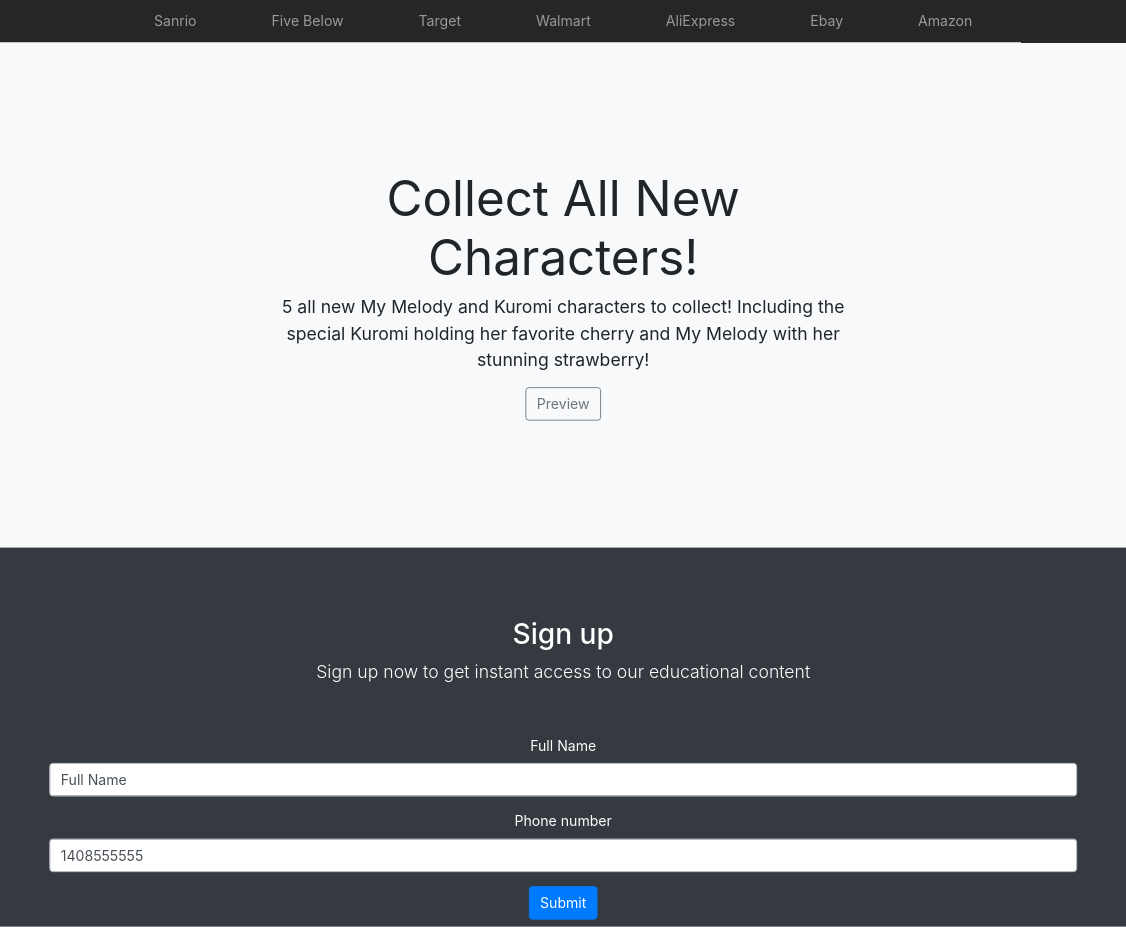
Repository: sflor132/Stephanie-Flores---Resume
Page: LearnCS8-Twilio/index.html
The author's editor kept a record of every edit. The page is drawn from the files as they stood at one moment, then again after the next edit.
The browser window is 1280 px wide. The pictures show the whole page, at 88% of full size.

Above is the page before.

### LearnCS8-Twilio/index.html
<!doctype html>
<html lang="en">
    <head>
<!-- Required meta tags -->
    <meta charset="utf-8">
    <meta name="viewport" content="width=device-width, initial-scale=1, shrink-to-fit=no">
    <meta name="description" content="New! Sanrio My Melody and Kuromi Blind Bag!">
    <meta name="author" content="862329234">

<!-- Bootstrap CSS -->
    <link rel="stylesheet" href="https://stackpath.bootstrapcdn.com/bootstrap/4.5.2/css/bootstrap.min.css" integrity="sha384-JcKb8q3iqJ61gNV9KGb8thSsNjpSL0n8PARn9HuZOnIxN0hoP+VmmDGMN5t9UJ0Z" crossorigin="anonymous">

<!-- Title of your Website -->
    <title>My Melody and Kuromi My Favorite Color Figurine Blind Bag</title>
    <link href="product.css" rel="stylesheet">
    </head>
    <body>
 <nav class="site-header sticky-top py-1">
<!-- Top Menu Bar -->
    <div class="container d-flex flex-column flex-md-row justify-content-between">
<a class="py-2 d-none d-md-inline-block" id="menu-item-1" href="https://www.sanrio.com/" target="_blank">Sanrio</a>
<a class="py-2 d-none d-md-inline-block" id="menu-item-2" href="https://www.fivebelow.com/" target="_blank">Five Below</a>
<a class="py-2 d-none d-md-inline-block" id="menu-item-3" href="https://www.target.com/?ref=tgt_adv_XS000000&AFID=google&fndsrc=tgtao&DFA=71700000012637812&CPNG=Other_Target%2BBrand%7CHoliday_Ecomm_Other&adgroup=Core+Branded+Keywords&LID=700000001170706&LNM=target&MT=e&network=g&device=c&location=9031443&targetid=kwd-19131461&gclid=CjwKCAiAlp2fBhBPEiwA2Q10D0sX5itESCcsBfUziYBOiLd9acwYX0if50r0qxtfLf_3lF_MkIZasBoClAMQAvD_BwE&gclsrc=aw.ds" target="_blank">Target</a>
<a class="py-2 d-none d-md-inline-block" id="menu-item-4" href="https://www.walmart.com/?&adid=22222222220220085369&wmlspartner=wmtlabs&wl0=e&wl1=g&wl2=c&wl3=521205638070&wl4=kwd-27665750&wl5=9031443&wl6=&wl7=&wl8=&veh=sem&gclid=CjwKCAiAlp2fBhBPEiwA2Q10D1OGuQeGEKfYCsI-Xs6Y7LBUVonzJCYbkOc5MuiOque-kUbt3iLhwxoCo7MQAvD_BwE&gclsrc=aw.ds" target="_blank">Walmart</a>
<a class="py-2 d-none d-md-inline-block" id="menu-item-5" href="https://best.aliexpress.com/?af=5bc719ad3d1c1&dp=5bc719ad3d1c1&aff_fcid=87ba963c94ab4a4a83ee74a260154144-1676171187331-09287-_AdZIyM&tt=CPS_NORMAL&aff_fsk=_AdZIyM&aff_platform=portals-promotion&sk=_AdZIyM&aff_trace_key=87ba963c94ab4a4a83ee74a260154144-1676171187331-09287-_AdZIyM&terminal_id=0928347fc537440f8bb4d05c69e2663e" target="_blank">AliExpress</a>
<a class="py-2 d-none d-md-inline-block" id="menu-item-6" href="https://www.ebay.com/">Ebay</a>
<a class="py-2 d-none d-md-inline-block" id="menu-item-7" href="https://www.amazon.com/?tag=amazusnavi-20&hvadid=381823287328&hvpos=&hvnetw=g&hvrand=10109593019199676378&hvpone=&hvptwo=&hvqmt=e&hvdev=c&hvdvcmdl=&hvlocint=&hvlocphy=9031443&hvtargid=kwd-141118230&ref=pd_sl_45vpgydmha_e&hydadcr=28883_11845442&gclid=CjwKCAiAlp2fBhBPEiwA2Q10D3d_UF0RQhgS1aEDYe2viCoxBem5WbXQs4TfQqaET11d3B3PomuZHBoCfXYQAvD_BwE" target="_blank">Amazon</a>
    </div>
</nav>
<!-- Main Header Section h1-->
<div class="position-relative overflow-hidden p-3 p-md-5 m-md-0 text-center bg-light">
    <div class="col-md-8 p-lg-5 mx-auto my-5">
<h1 class="display-4 font-weight-normal">Collect All New Characters!</h1>
<p class="lead font-weight-normal">5 all new My Melody and Kuromi characters to collect! Including the special Kuromi holding her favorite cherry and My Melody with her stunning strawberry! </p>
<a class="btn btn-outline-secondary" href="https://www.youtube.com/watch?v=onREP2cQKVI" target="_blank">Preview</a>
    </div>
</div>
</nav>
<!-- Left Tile -->
<div class="d-md-flex flex-md-equal w-100">
    <div class="bg-dark pt-3 px-3 pt-md-5 px-md-5 text-center text-white overflow-hidden">
<div class="my-3 py-3">
<h2 class="display-5">Sign up</h2>
<p class="lead">Sign up now to get instant access to our educational content</p>
</div>
<!-- Web form when submitted will send a text message -->
<form class="p-2" onsubmit="sendTextMessage(); return false;">
<!-- Full Name Form Field -->
<div class="form-group">
<label for="example-first-name">Full Name</label>
<input type="text" value="Full Name" class="form-control" id="example-first-name" aria-describedby="emailHelp">
</div>
<!-- Phone Number Form Field -->
<div class="form-group">
<label for="example-tel-input">Phone number</label>
<input type="tel" class="form-control" value="1408555555" id="example-tel-input">
</div>
<!-- JavaScript that handles onSubmit logic -->
<!-- Configure the XHR request below with your own credentials -->
<script>
function sendTextMessage() {
console.log("Hello world!");
var xhr = new XMLHttpRequest();
var accountSID = "ACd203ff2af3bbbc13a0eccb43abf7ff5b";
var authToken = "9cb9e856dc962dfc0cd405fcb20c6511";
var base64encoded = accountSID + ":" + authToken;
var params = "To=" + document.getElementById('example-tel-input').value + "&From=" + "18447711450" + "&Body=" + "Hello " + document.getElementById('example-first-name').value + "hi"
xhr.open("POST", "https://api.twilio.com/2010-04-01/Accounts/" + accountSID + "/Messages.json", true);
xhr.setRequestHeader('Content-Type', 'application/x-www-form-urlencoded');
 xhr.setRequestHeader('Authorization', 'Basic ' + btoa(base64encoded));
xhr.send(params);
}
    </script>
<!-- Submit button that will execute the sendTextMessage function -->
<button type="submit" class="btn btn-primary">Submit</button></form>
    </div>
    </body>
</html>

### LearnCS8-Twilio/product.css
.container {
  max-width: 960px;
}

/*
 * Custom translucent site header
 */

.site-header {
  background-color: rgba(0, 0, 0, .85);
  -webkit-backdrop-filter: saturate(180%) blur(20px);
  backdrop-filter: saturate(180%) blur(20px);
}
.site-header a {
  color: #999;
  transition: ease-in-out color .15s;
}
.site-header a:hover {
  color: #fff;
  text-decoration: none;
}

/*
 * Dummy devices (replace them with your own or something else entirely!)
 */

.product-device {
  position: absolute;
  right: 10%;
  bottom: -30%;
  width: 300px;
  height: 540px;
  background-color: #333;
  border-radius: 21px;
  -webkit-transform: rotate(30deg);
  transform: rotate(30deg);
}

.product-device::before {
  position: absolute;
  top: 10%;
  right: 10px;
  bottom: 10%;
  left: 10px;
  content: "";
  background-color: rgba(255, 255, 255, .1);
  border-radius: 5px;
}

.product-device-2 {
  top: -25%;
  right: auto;
  bottom: 0;
  left: 5%;
  background-color: #e5e5e5;
}


/*
 * Extra utilities
 */

.flex-equal > * {
  -ms-flex: 1;
  flex: 1;
}
@media (min-width: 768px) {
  .flex-md-equal > * {
    -ms-flex: 1;
    flex: 1;
  }
}

.overflow-hidden { overflow: hidden; }

After the next edit:
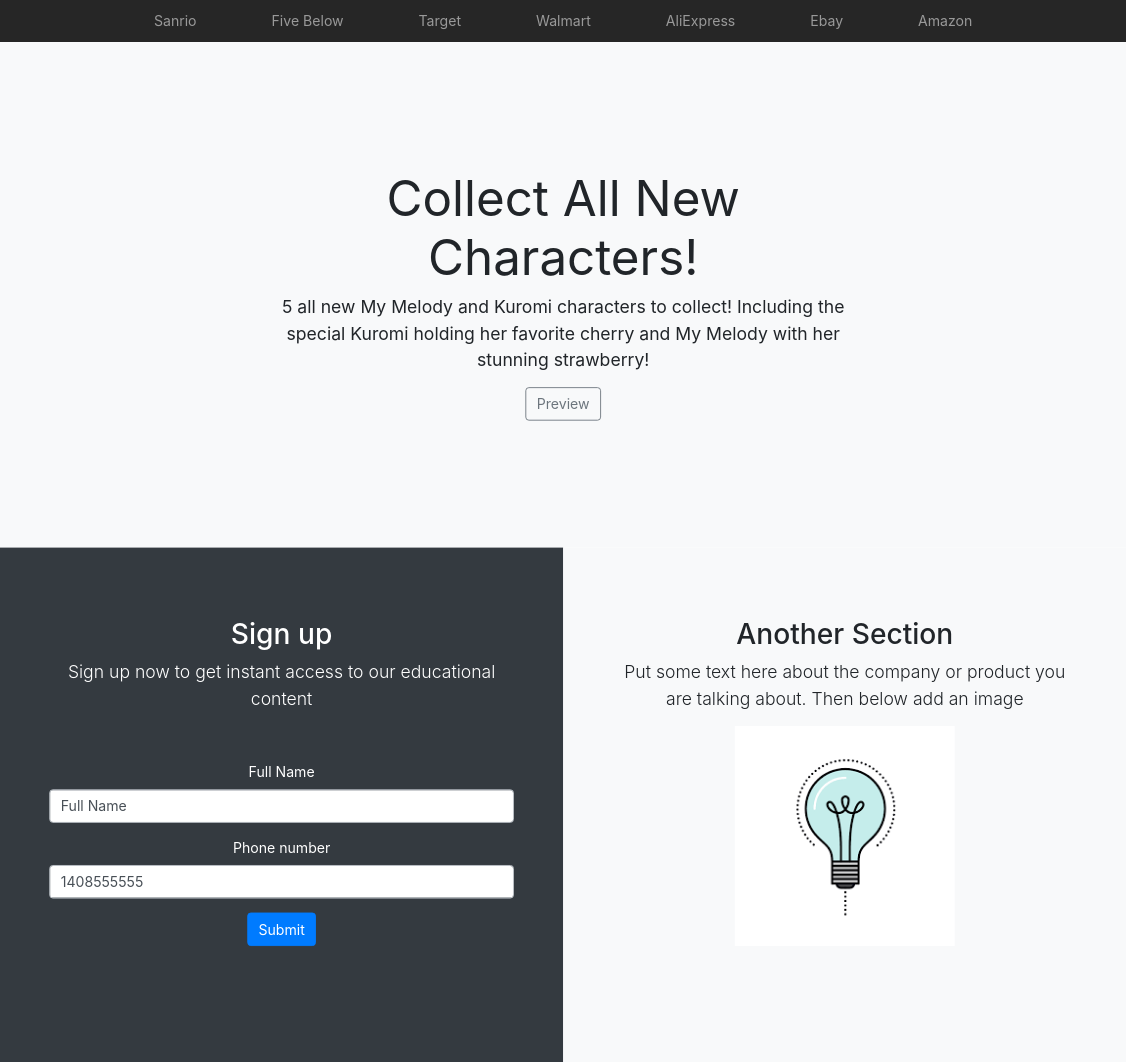
The edit:
--- a/LearnCS8-Twilio/index.html
+++ b/LearnCS8-Twilio/index.html
@@ -74,5 +74,15 @@
 <!-- Submit button that will execute the sendTextMessage function -->
 <button type="submit" class="btn btn-primary">Submit</button></form>
     </div>
+    <!-- Right Tile -->
+    <div class="bg-light pt-3 px-3 pt-md-5 px-md-5 text-center overflow-hidden">
+        <div class="my-3 p-3">
+            <h2 class="display-5">Another Section</h2>
+            <p class="lead">Put some text here about the company or product you are talking about. Then below add an image</p>
+            <img class="mx-auto" src="example_image.png" height="250px">
+        </div>
+        <div class="mx-auto" style="width: 80%; height: 100px; border-radius: 21px 21px 0 0;"></div>
+    </div>
+</div>
     </body>
 </html>
